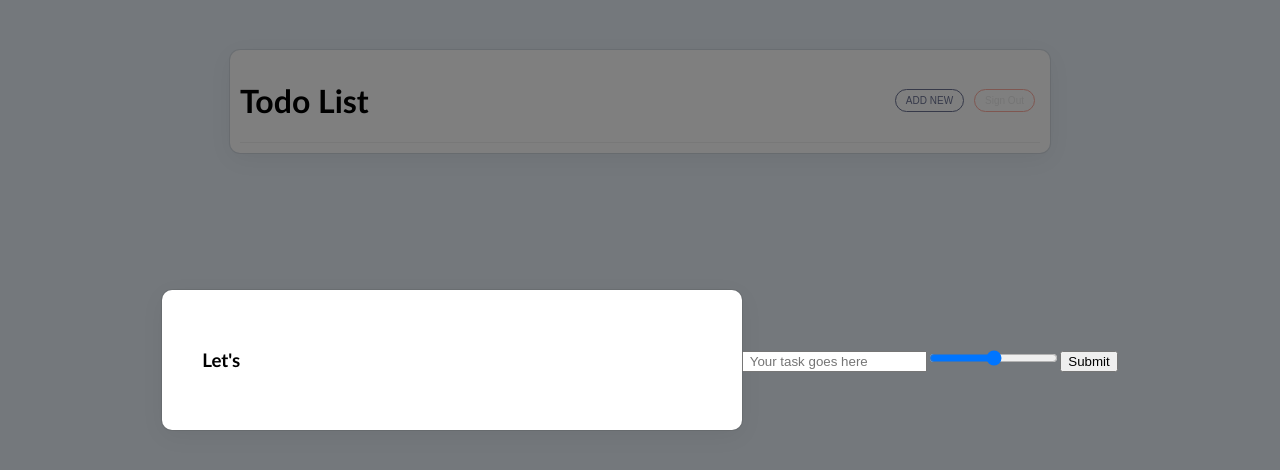
Repository: mosesvk/_todo
Page: / (app in client/)
An editor plug-in stored every save of this project. The page is shown before and after the next save, followed by the edit.
The browser window is 1280 px wide. The pictures show the whole page.
The page's requests for data from a server got no answer. The project was rebuilt for these pictures with package versions that can differ from the ones it lists, and the page was loaded fresh each time. No one was signed in, and anything a server would have sent is missing. Also part of the build but not shown: client/vite.config.js, client/src/components/ProgressBar.jsx, client/src/components/ListItem.jsx. Imported but missing from the stored project, and not drawn on this page: client/src/components/TickIcon.

Above is the page before, as saved 2023-05-01 23:39:59.

After the next save:
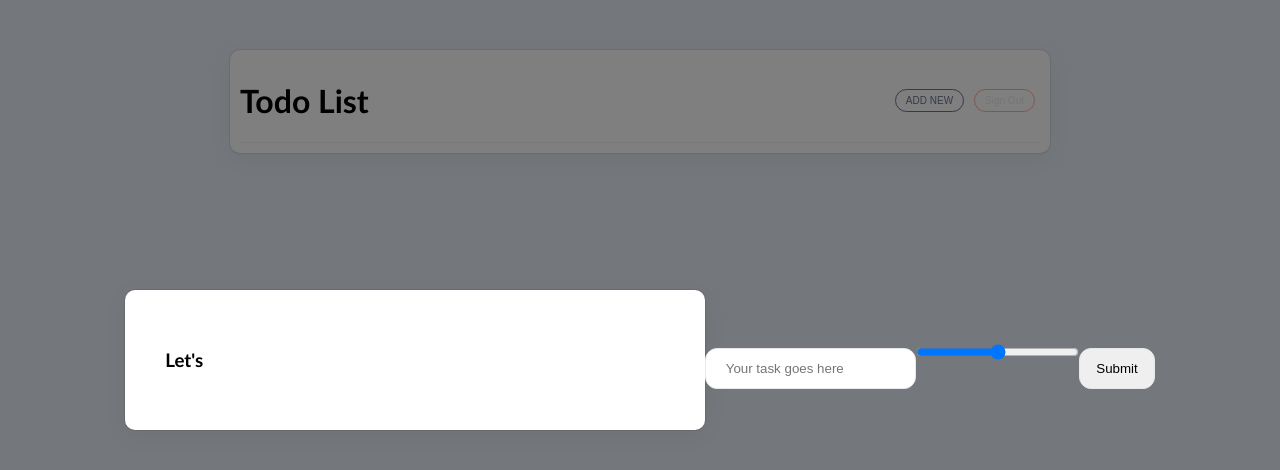
Saved 71 s later.
--- a/client/src/index.css
+++ b/client/src/index.css
@@ -96,6 +96,14 @@ body {
 }
 
 
+input {
+    margin: 11px 0;
+    padding: 12px 16px;
+    border-radius: 12px;
+    border: 1.5px solid rgb(230, 232, 236)
+}
+
+
 /* List Header  */
 
 .list-header {
